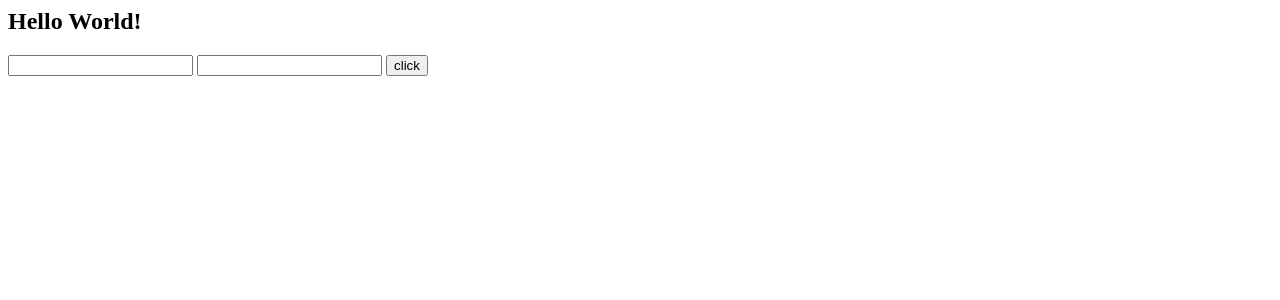
Repository: santhoshnaik/JavaPrajects
Page: http://localhost/SecondWeb/
The author's editor kept a copy of each file at every save. The page is drawn from the files as they stood at one save, then again after the next save.
The browser window is 1280 px wide. The pictures show the whole page.
The page is served by Tomcat 9. Other server files are loaded and not shown.

Above is the page before, as saved 2018-04-16 05:55:24.

### SecondWeb/src/main/webapp/index.jsp
<html>
<body>
<h2>Hello World!</h2>
<form action="add">
<input type="text" name="v1">
<input type="text" name="v2">
<input type="submit" value="click">
</form>

</body>
</html>

After the next save:
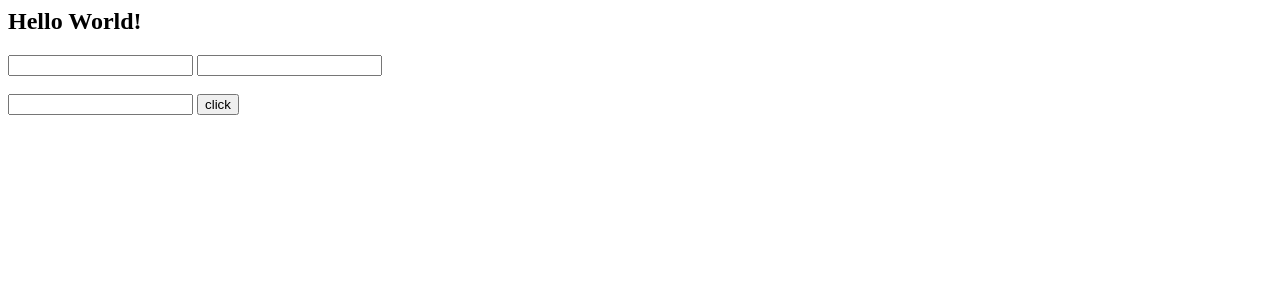
Saved 5 h 23 min later.
--- a/SecondWeb/src/main/webapp/index.jsp
+++ b/SecondWeb/src/main/webapp/index.jsp
@@ -2,8 +2,9 @@
 <body>
 <h2>Hello World!</h2>
 <form action="add">
-<input type="text" name="v1">
-<input type="text" name="v2">
+<input type-="text" name="uname">
+<input type="text" name="email"><br><br>
+<input type="text" name="upass">
 <input type="submit" value="click">
 </form>
 
